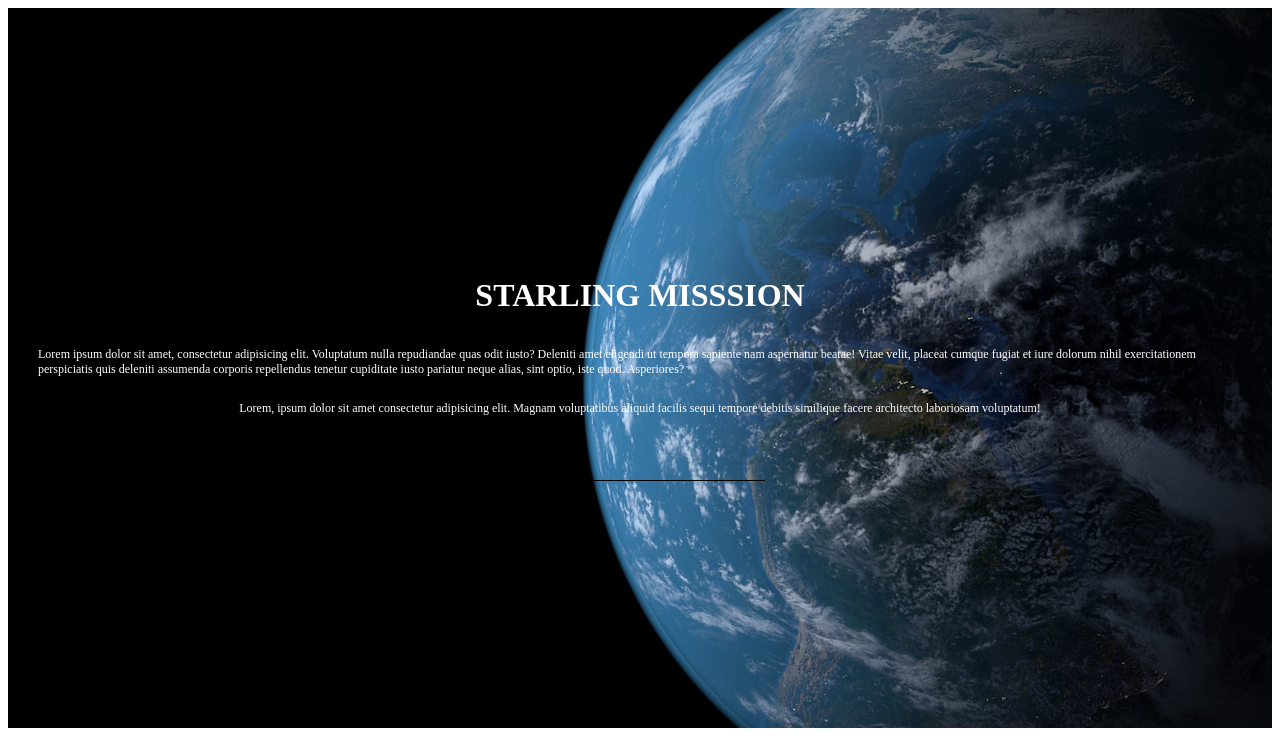
Repository: PJasiczek/vue-shop
Page: /
An editor plug-in stored every save of this project. The page is shown before and after the next save, followed by the edit.
The browser window is 1280 px wide. The pictures show the whole page.
Some web fonts or font styles are not loaded; a fallback is used. The project was rebuilt for these pictures with package versions that can differ from the ones it lists, and the page was loaded fresh each time.

Above is the page before, as saved 2020-04-06 16:19:18.

### src/App.vue
<template>
  <div class="wrapper">
    <Claim/>
    <SearchInput/>
  </div>
</template>

<script>

import debounce from 'lodash/debounce';

import Claim from '@/components/Claim.vue';

import SearchInput from '@/components/SearchInput.vue';

const axios = require('axios');

const API = 'https://api.spacexdata.com/v3/launches?rocket_name=';

export default {
  name: 'Search',
  components: {
    Claim, SearchInput,
  },
  data() {
    return {
      searchValue: '',
      results: [],
    };
  },
  methods: {
    // eslint-disable-next-line
    handleInput: debounce(function() {
      axios.get(`${API}${this.searchValue}`)
        .then((response) => {
          this.results = response.data;
          console.log(response.data);
        }).catch((error) => {
          console.log(error);
        });
    }, 500),
  },
};
</script>

<style lang="scss" scoped>
@import url('https://fonts.googleapis.com/css2?family=Baloo+Thambi+2:wght@400;500;600;700;800&display=swap');

  *{
    box-sizing: border-box;
  }

  body{
    margin: 0;
    padding: 0;
    font-family: 'Baloo Thambi 2', sans-serif;
  }
  .wrapper{
    display: flex;
    width: 100%;
    height: 100vh;
    flex-direction: column;
    justify-content: center;
    align-items: center;
    margin: 0;
    padding: 30px;
    width: 100%;
    background: url('./assets/4.jpg');
    background-repeat: no-repeat;
    background-size: cover;

  }

</style>

### src/components/Claim.vue
<template>
  <div class="claimWrapper">
      <h1 class="claim">STARLING MISSSION</h1>
      <p class="subclaim">Lorem ipsum dolor sit amet, consectetur adipisicing elit. Voluptatum nulla repudiandae quas odit iusto? Deleniti amet eligendi ut tempora sapiente nam aspernatur beatae! Vitae velit, placeat cumque fugiat et iure dolorum nihil exercitationem perspiciatis quis deleniti assumenda corporis repellendus tenetur cupiditate iusto pariatur neque alias, sint optio, iste quod. Asperiores?</p>
      <p class="subclaim">Lorem, ipsum dolor sit amet consectetur adipisicing elit. Magnam voluptatibus aliquid facilis sequi tempore debitis similique facere architecto laboriosam voluptatum!</p>
  </div>
</template>

<script>
/* eslint-disable eol-last */
export default {
  name: 'Claim',
};
</script>
<style lang="scss" scoped>
.claimWrapper{
    display: flex;
    flex-direction: column;
    justify-content: center;
    align-items: center;
    color: #ffffff;

    .h1{

    }

    .subclaim{
        font-size: 12px;
    }
}

</style>

### src/components/SearchInput.vue
<template>
    <div class="searchWrapper">
      <input id="search" name="search" v-model="searchValue" @input="handleInput"/>
    </div>
</template>

<script>
/* eslint-disable eol-last */
export default {
  name: 'SearchInput',
};
</script>

<style lang="scss" scoped>
.searchWrapper{
  display: flex;
  flex-direction: column;
  width: 250px;

  input{
    height: 50px;
    border: 0;
    border-bottom: 1px solid black;
    background: none;
  }
}
</style>

Loaded but not shown: public/index.html (common file); src/main.js (common file)

After the next save:
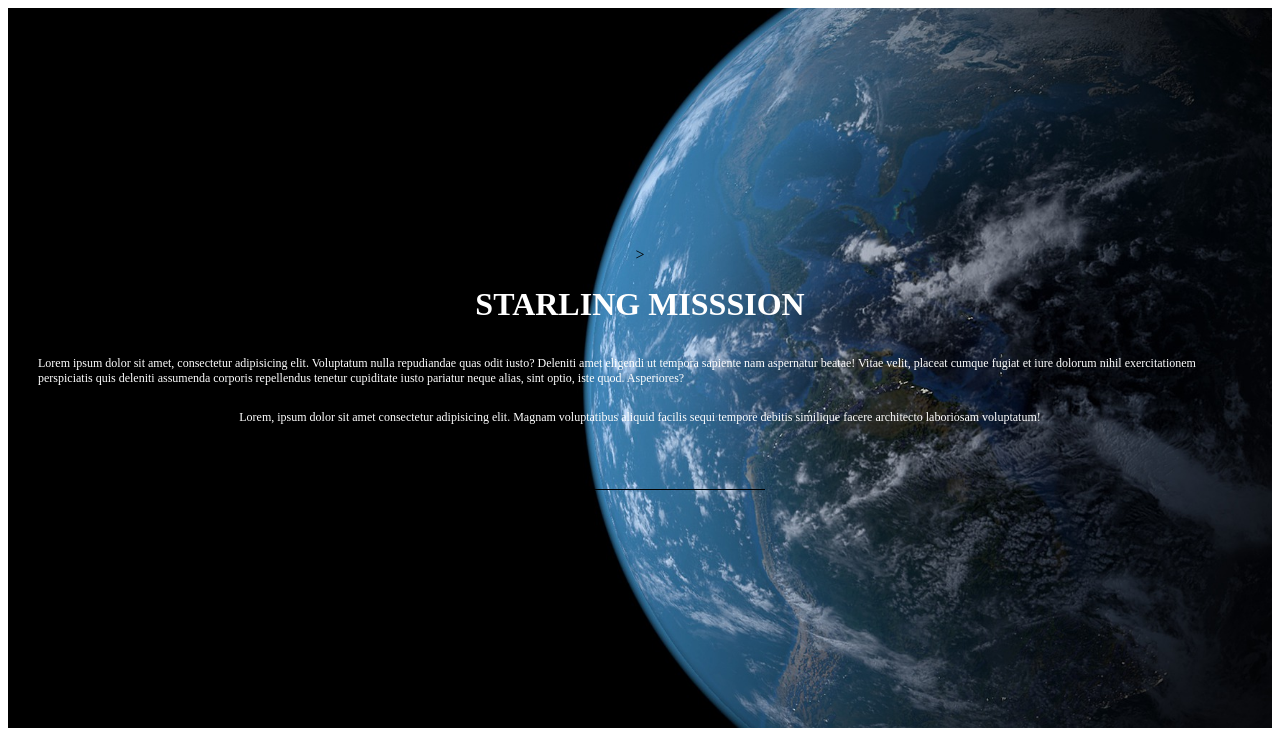
Saved 84 s later.
--- a/src/App.vue
+++ b/src/App.vue
@@ -1,5 +1,6 @@
 <template>
   <div class="wrapper">
+    <BackgroundImage/>>
     <Claim/>
     <SearchInput/>
   </div>
@@ -58,7 +59,7 @@
   .wrapper{
     display: flex;
     width: 100%;
-    height: 100vh;
+    min-height: 100vh;
     flex-direction: column;
     justify-content: center;
     align-items: center;

After the save that followed:
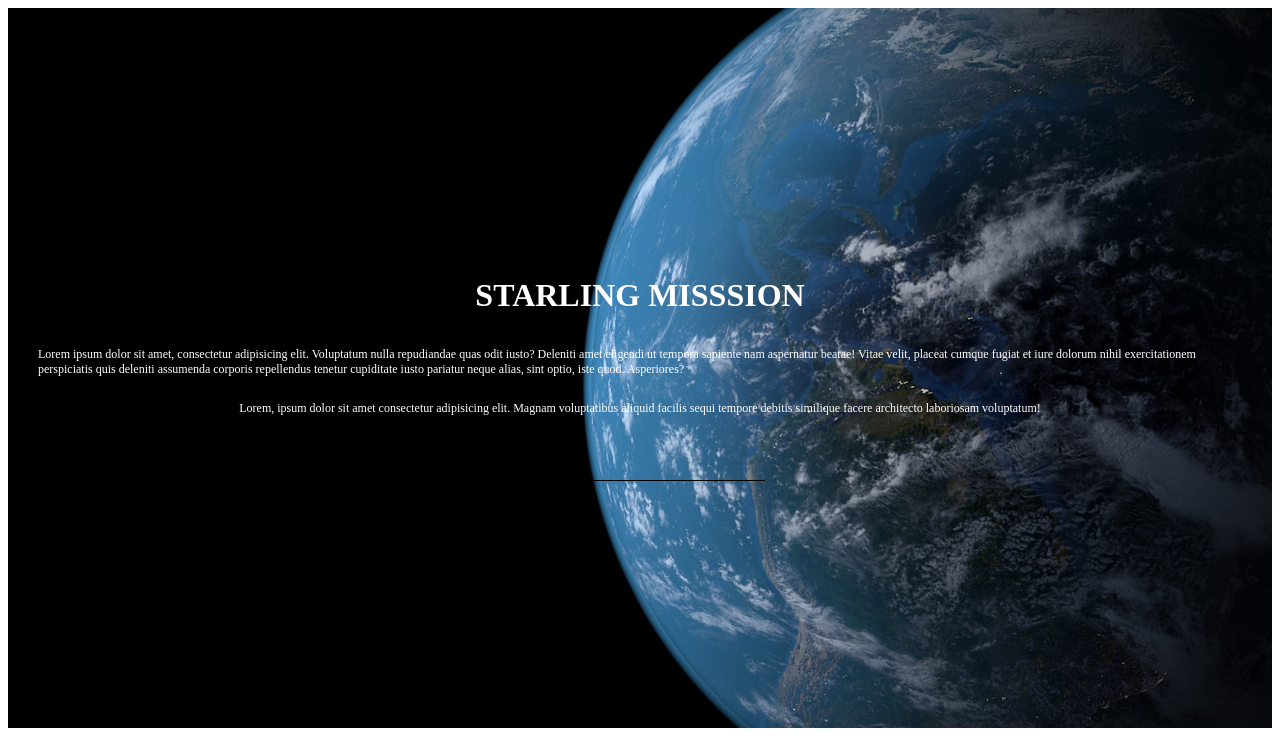
Saved 50 s later.
--- a/src/App.vue
+++ b/src/App.vue
@@ -1,6 +1,6 @@
 <template>
   <div class="wrapper">
-    <BackgroundImage/>>
+    <BackgroundImage/>
     <Claim/>
     <SearchInput/>
   </div>
